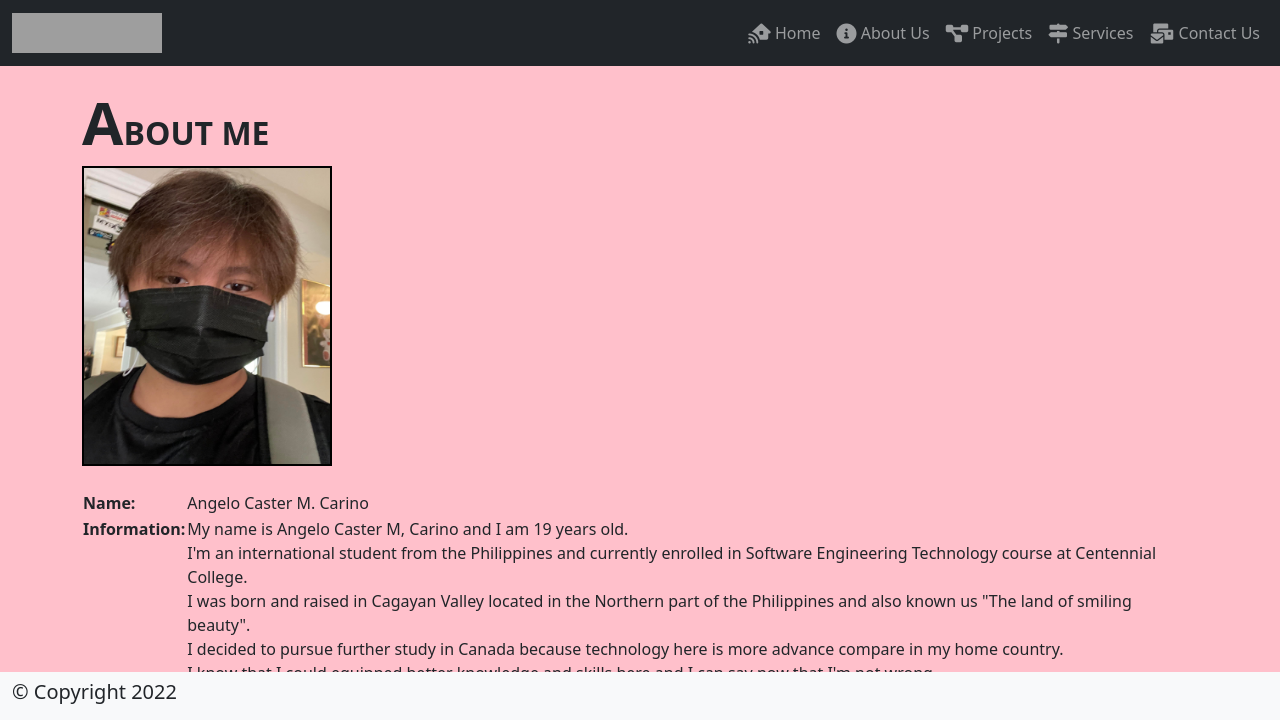
Repository: acarino4/Express-Portfolio-Site
Page: http://localhost/about
The author's editor kept a copy of each file at every save. The page is drawn from the files as they stood at one save, then again after the next save.
The browser window is 1280 px wide. The pictures show the whole page.
Pictures or frames that could not be fetched are drawn as grey boxes. The page is served by the project's Node server (server.js). Other server files are loaded and not shown.

Above is the page before, as saved 2022-10-08 18:34:17.

### Server/Views/index.ejs
<!--
    *****************************************
    * File Name: MyExpressPortfolio         *
    * Students Name: Jenyll Mabborang       *
    * Student ID: 301225121                 *
    * Date: June 06, 2022                   *
    *****************************************
-->

<!DOCTYPE html>
<html lang="en">
<head>
    <meta charset="UTF-8">
    <meta http-equiv="X-UA-Compatible" content="IE=edge">
    <meta name="viewport" content="width=device-width, initial-scale=1.0">
    <title><%= title %></title>
    <!-- CSS Goes Here -->
    <link rel="stylesheet" href="./bootstrap/dist/css/bootstrap.min.css">
    <link rel="stylesheet" href="./@fortawesome/fontawesome-free/css/all.min.css">
    <link rel="stylesheet" href="./Content/app.css">
</head>
<body>
    <!-- Main Navigation Section -->
    <header>
        <%- include('components/header.ejs'); %> <!-- Inserts or injects my header.ejs inside my header-->
    </header>

    <!-- Content Section -->
    <main>
        <%- include('content/' + page + '.ejs'); %>
    </main>

    <!-- Site-wide Footer Section -->
    <footer>
        <!-- Site-wide footer -->
        <%- include('components/footer.ejs'); %> <!-- Inserts or injects my footerr.ejs inside my footer-->
    </footer>

    <!-- JavaScript goes here -->
    <script src="./jquery/dist/jquery.min.js"></script>
    <script src="./bootstrap/dist/js/bootstrap.min.js"></script>
    <script src="./@fortawesome/fontawesome-free/js/all.min.js"></script>
    <script src="./Scripts/app.js"></script>
</body>
</html>

### Server/Views/components/header.ejs
<!--
  Name: Angelo Caster M. Carino
  Student ID: 301223955
  Assignment 1: Express Portfolio Site
-->
<nav class="navbar navbar-expand-lg navbar-dark bg-dark">
    <div class="container-fluid">
      <a class="navbar-brand" href="/"><img src="./Assets/images/logo.png" alt="" width="150" height="40"></i> </a>
      <button class="navbar-toggler" type="button" data-bs-toggle="collapse" data-bs-target="#navbarSupportedContent" aria-controls="navbarSupportedContent" aria-expanded="false" aria-label="Toggle navigation">
        <span class="navbar-toggler-icon"></span>
      </button>
      <div class="collapse navbar-collapse" id="navbarSupportedContent">
        <ul class="navbar-nav ms-auto mb-2 mb-lg-0">

          <!-- Home Page link -->
          <li class="nav-item">
            <a class="nav-link" aria-current="page" href="/home"><i class="fa-solid fa-house-signal fa-lg"></i> Home</a>
          </li>

          <!-- About Page link -->
          <li class="nav-item">
            <a class="nav-link" aria-current="page" href="/about"><i class="fa-solid fa-circle-info fa-lg"></i></i> About Us</a>
          </li>

          <!-- Projects Page link -->
          <li class="nav-item">
            <a class="nav-link" aria-current="page" href="/projects"><i class="fa-solid fa-diagram-project fa-lg"></i></i> Projects</a>
          </li>

          <!-- Services Page link -->
          <li class="nav-item">
            <a class="nav-link" aria-current="page" href="/services"><i class="fa-solid fa-signs-post fa-lg"></i></i> Services</a>
          </li>

          <!-- Contact Page link -->
          <li class="nav-item">
            <a class="nav-link" aria-current="page" href="/contact"><i class="fa-solid fa-envelopes-bulk fa-lg"></i> Contact Us</a>
          </li>

        </ul>
      </div>
    </div>
  </nav>

### Server/Views/content/about.ejs
<!--
  Name: Angelo Caster M. Carino
  Student ID: 301223955
  Assignment 1: Express Portfolio Site
-->
<!-- ABOUT.EJS body content section -->
<head>
    <style>
        body {
            background-color: pink;
        }

   </style>

</head>
<div class="container" style="padding-top: 20px;">
    <h2><strong><span style = "font-size: 60px">A</span>BOUT ME</strong></h2>
    <table>
        <!-- My personal image -->
        <img src="./Assets/images/caster.jpg" alt="" width="250" height="300" style = "border: 2px solid black; border-style: double;">
        <br>
        <br>
        <tr>
            <td><strong>Name: </strong> </td>
            <td> Angelo Caster M. Carino </td>
        </tr>

        <tr>
            <!-- Short paragraph of who I am -->
            <td valign="top"><strong> Information: </strong> </td>
            <td>My name is Angelo Caster M, Carino and I am 19 years old.<br>
                I'm an international student from the Philippines and currently enrolled in
                Software Engineering Technology course at Centennial College. <br>
                I was born and raised in Cagayan Valley located in the Northern part of the Philippines and also known us
                "The land of smiling beauty".<br>
                I decided to pursue further study in Canada because technology here is more advance compare in my home country. <br>
                I know that I could equipped better knowledge and skills here and I can say now that I'm not wrong.
            </td>
        </tr>

        <tr>
            <!-- Link to my resume (PDF version) -->
            <td><strong> Resume: </strong></td>
            <td><a href="./Assets/pdf/resume.pdf"> Click here </a></td>
            <td></td>
        </tr>
    </table>
</div>

### Server/Views/components/footer.ejs
<!--
  Name: Angelo Caster M. Carino
  Student ID: 301223955
  Assignment 1: Express Portfolio Site
-->

<nav class="navbar fixed-bottom bg-light">
    <div class="container-fluid">
      <h5 id="copyright">&copy; Copyright 2022 </h5>
    </div>
</nav>

### server.js
#!/usr/bin/env node
"use strict";
var __importDefault = (this && this.__importDefault) || function (mod) {
    return (mod && mod.__esModule) ? mod : { "default": mod };
};
Object.defineProperty(exports, "__esModule", { value: true });
const app_1 = __importDefault(require("./Server/Config/app"));
const debug_1 = __importDefault(require("debug"));
(0, debug_1.default)('lesson4:server');
const http_1 = __importDefault(require("http"));
const port = normalizePort(process.env.PORT || '3000');
app_1.default.set('port', port);
const server = http_1.default.createServer(app_1.default);
server.listen(port);
server.on('error', onError);
server.on('listening', onListening);
function normalizePort(val) {
    var port = parseInt(val, 10);
    if (isNaN(port)) {
        return val;
    }
    if (port >= 0) {
        return port;
    }
    return false;
}
function onError(error) {
    if (error.syscall !== 'listen') {
        throw error;
    }
    let bind = typeof port === 'string'
        ? 'Pipe ' + port
        : 'Port ' + port;
    switch (error.code) {
        case 'EACCES':
            console.error(bind + ' requires elevated privileges');
            process.exit(1);
            break;
        case 'EADDRINUSE':
            console.error(bind + ' is already in use');
            process.exit(1);
            break;
        default:
            throw error;
    }
}
function onListening() {
    let addr = server.address();
    let bind = 'pipe ' + addr;
    (0, debug_1.default)('Listening on ' + bind);
}
//# sourceMappingURL=server.js.map

### Server/Routes/index.js
"use strict";
var __importDefault = (this && this.__importDefault) || function (mod) {
    return (mod && mod.__esModule) ? mod : { "default": mod };
};
Object.defineProperty(exports, "__esModule", { value: true });
const express_1 = __importDefault(require("express"));
const router = express_1.default.Router();
router.get('/', function (req, res, next) {
    res.render('index', { title: 'Home', page: 'home' });
});
router.get('/home', function (req, res, next) {
    res.render('index', { title: 'Home', page: 'home' });
});
router.get('/about', function (req, res, next) {
    res.render('index', { title: 'About Us', page: 'about' });
});
router.get('/projects', function (req, res, next) {
    res.render('index', { title: 'Our Projects', page: 'projects' });
});
router.get('/services', function (req, res, next) {
    res.render('index', { title: 'Our Services', page: 'services' });
});
router.get('/contact', function (req, res, next) {
    res.render('index', { title: 'Contact Us', page: 'contact' });
});
exports.default = router;
//# sourceMappingURL=index.js.map

### Client/Content/app.css
/*CUSTOM CSS GOES HERE*/

### Client/Scripts/app.js
"use strict";
(function () {
    function Start() {
        console.log("App Started!");
        let XHR = new XMLHttpRequest();
        XHR.open("GET", "../data/data.json");
        XHR.send();
        XHR.addEventListener("readystatechange", function () {
            if (XHR.readyState == 4 && XHR.status == 200) {
                console.log("JSON Data:");
                console.log("===========");
                console.log(XHR.responseText);
            }
        });
    }
    window.addEventListener("load", Start);
})();
//# sourceMappingURL=app.js.map

### Client/data/data.json
{
    "FullName": "Jenyll Mabborang",
    "ContactNumber": "564315584",
    "EmailAddress": "jenyll@example.com"
}

After the next save:
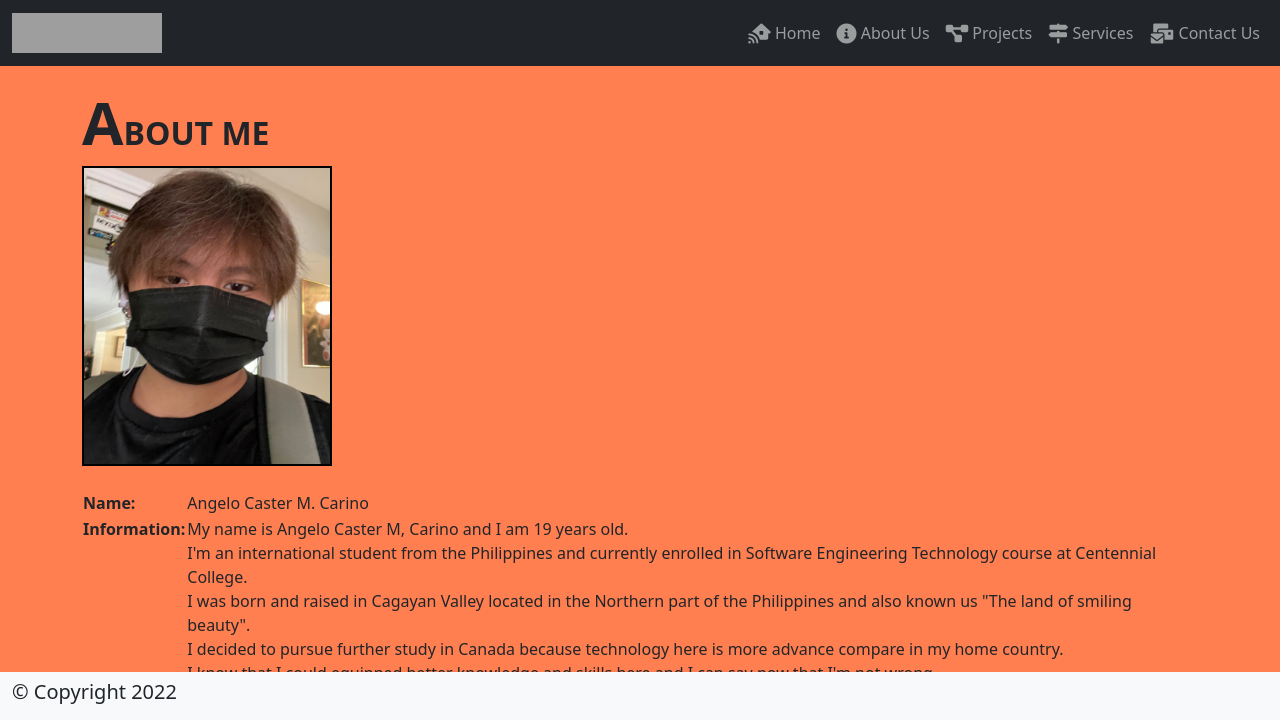
Saved 23 s later.
--- a/Server/Views/content/about.ejs
+++ b/Server/Views/content/about.ejs
@@ -7,7 +7,7 @@
 <head>
     <style>
         body {
-            background-color: pink;
+            background-color:coral;
         }
 
    </style>
